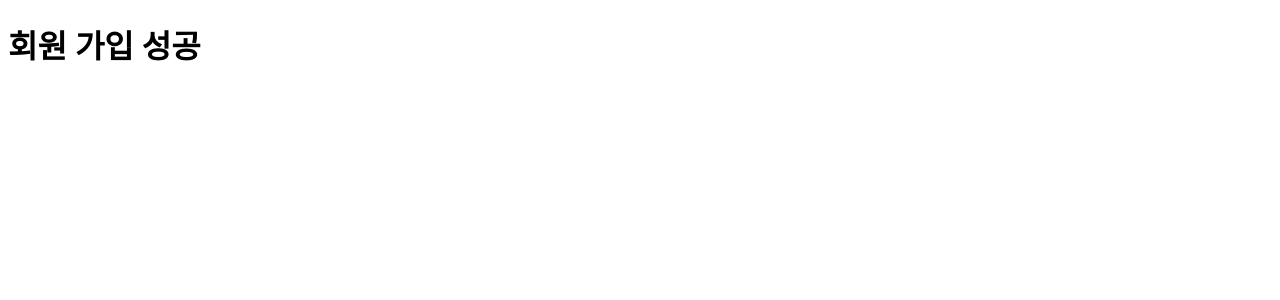
Repository: o3orr/jsp_study
Page: http://localhost/web-study-08/addEmployee.jsp
The author's editor kept a copy of each file at every save. The page is drawn from the files as they stood at one save, then again after the next save.
The browser window is 1280 px wide. The pictures show the whole page.
The page is served by Tomcat 9. Queries for data that is not in the repository find no rows.

Above is the page before, as saved 2024-03-05 07:04:01.

After the next save:
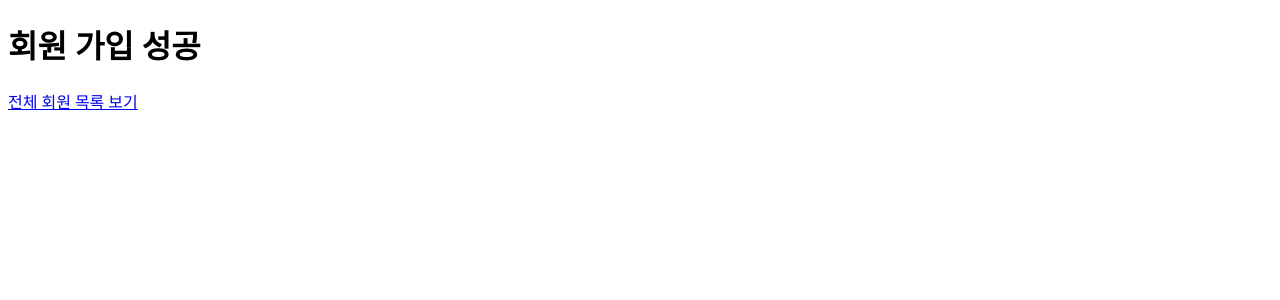
Saved 61 s later.
--- a/web-study-08/src/main/webapp/addEmployee.jsp
+++ b/web-study-08/src/main/webapp/addEmployee.jsp
@@ -61,5 +61,6 @@
 
 %>
 <h1>회원 가입 성공</h1>
+<a href="selectEmployee.jsp">전체 회원 목록 보기</a>
 </body>
 </html>
